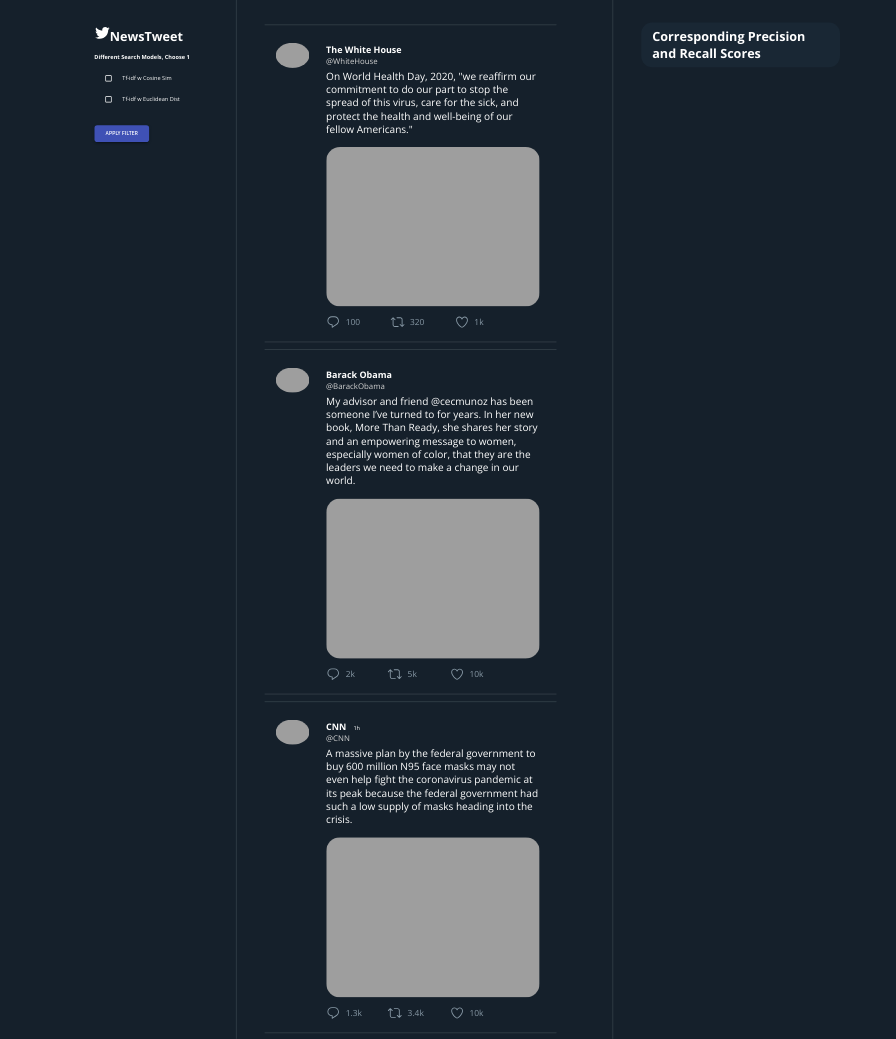
Repository: Dustyik/TwitterAIproj
Page: / (app in FrontEnd/)
The author's editor kept a copy of each file at every save. The page is drawn from the files as they stood at one save, then again after the next save.
The browser window is 1280 px wide. The pictures show the part of the page from y = 0 to 1920 px (the page is 1484 px tall before and 4021 px after), at 70% of full size.
Pictures or frames that could not be fetched are drawn as grey boxes. The page's requests for data from a server got no answer. The project was rebuilt for these pictures with package versions that can differ from the ones it lists, and the page was loaded fresh each time. No one was signed in, and anything a server would have sent is missing. Also part of the build but not shown: FrontEnd/src/components/trending/Trend.js, FrontEnd/src/components/trending/TrendsList.js, FrontEnd/src/components/trending/FollowSuggestionCard.js, FrontEnd/src/styles/FollowList.css, FrontEnd/src/components/trending/FollowSuggestionsList.js, FrontEnd/src/components/StatusCard.js, FrontEnd/src/pages/Status.js, FrontEnd/src/components/profile/ProfileHead.js and 3 more.

Above is the page before, as saved 2021-08-03 00:14:31.

After the next save:
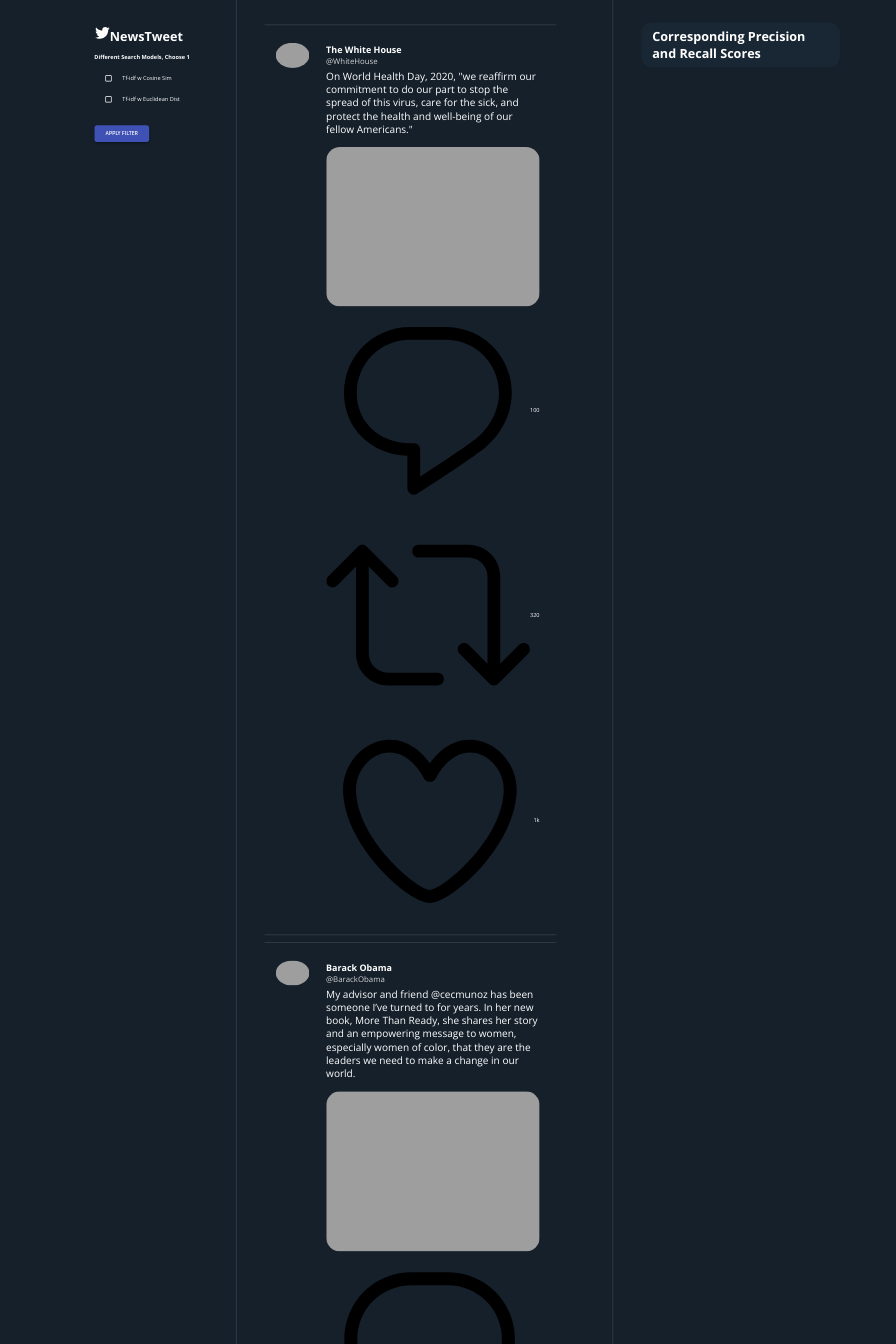
Saved 13 s later.
--- a/FrontEnd/src/components/TweetCard.js
+++ b/FrontEnd/src/components/TweetCard.js
@@ -39,12 +39,10 @@
                         <img src={this.tweet.tweet.image} alt="" />
                     </div>
 
-                    <div className="tweet-card-footer">
                         <span className="flex-align-center"><TweetCommentIcon /> <span className="tweet-cars-icon">{this.tweet.tweet.comments}</span></span>
                         <span className="flex-align-center"><TweetRetweetIcon /><span className="tweet-cars-icon">{this.tweet.tweet.retweets}</span></span>
                         <span className="flex-align-center"><TweetLikeIcon /><span className="tweet-cars-icon">{this.tweet.tweet.likes}</span></span>
                         { /*<span className="flex-align-center"><TweetSendIcon /></span> */}
-                    </div>
                     </div>
                 </div>
             </div>

After the save that followed:
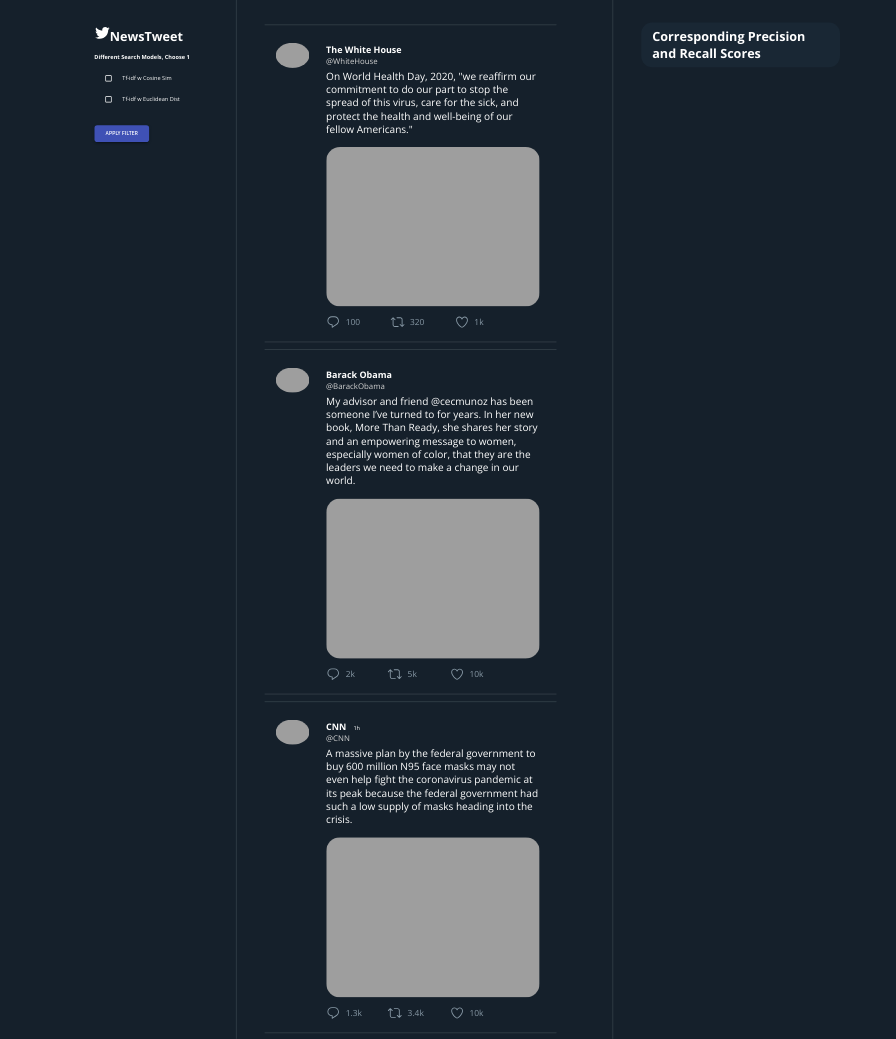
Saved 7 s later.
--- a/FrontEnd/src/components/TweetCard.js
+++ b/FrontEnd/src/components/TweetCard.js
@@ -38,11 +38,12 @@
                     <div className="tweet-card-image">
                         <img src={this.tweet.tweet.image} alt="" />
                     </div>
-
+                    <div className="tweet-card-footer">
                         <span className="flex-align-center"><TweetCommentIcon /> <span className="tweet-cars-icon">{this.tweet.tweet.comments}</span></span>
                         <span className="flex-align-center"><TweetRetweetIcon /><span className="tweet-cars-icon">{this.tweet.tweet.retweets}</span></span>
                         <span className="flex-align-center"><TweetLikeIcon /><span className="tweet-cars-icon">{this.tweet.tweet.likes}</span></span>
                         { /*<span className="flex-align-center"><TweetSendIcon /></span> */}
+                    </div>
                     </div>
                 </div>
             </div>
